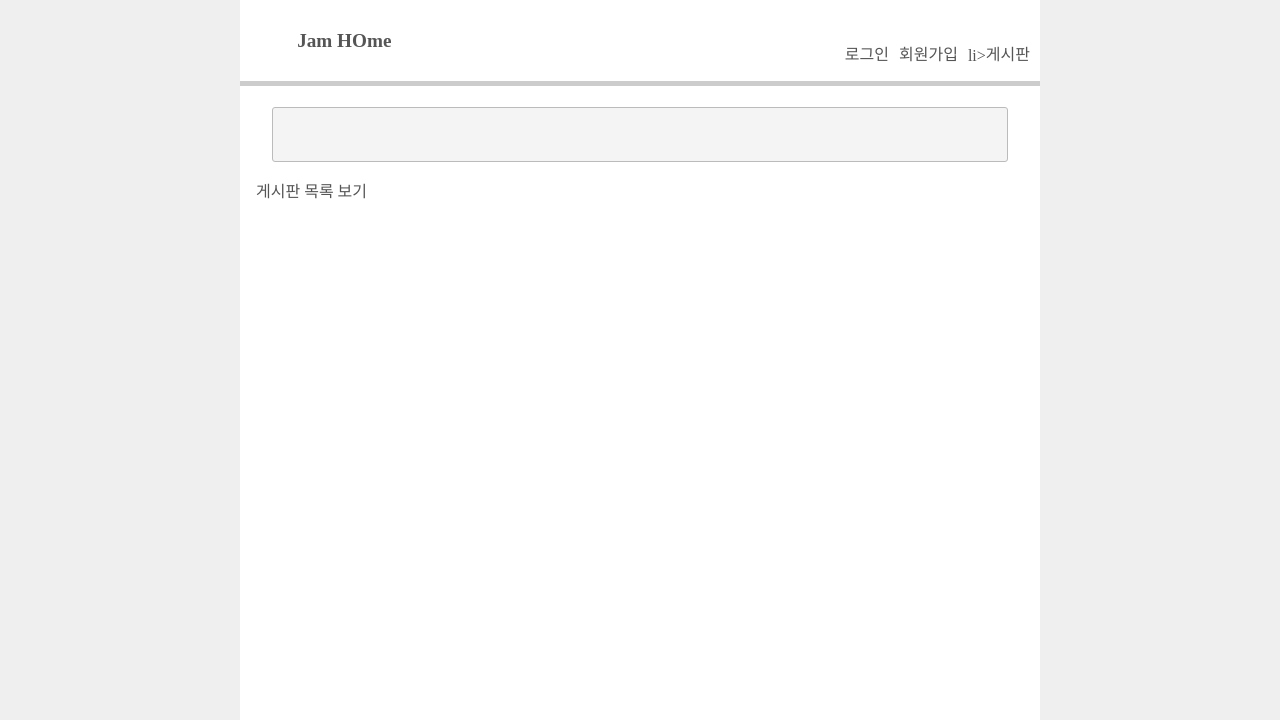
Repository: woals5636/JSPClass
Page: http://localhost/jspPro/days05/ex01.jsp
An editor plug-in stored every save of this project. The page is shown before and after the next save, followed by the edit.
The browser window is 1280 px wide. The pictures show the whole page.
Some web fonts or font styles are not loaded; a fallback is used. The page is served by Tomcat 9.

Above is the page before, as saved 2024-10-22 00:03:17.

After the next save:
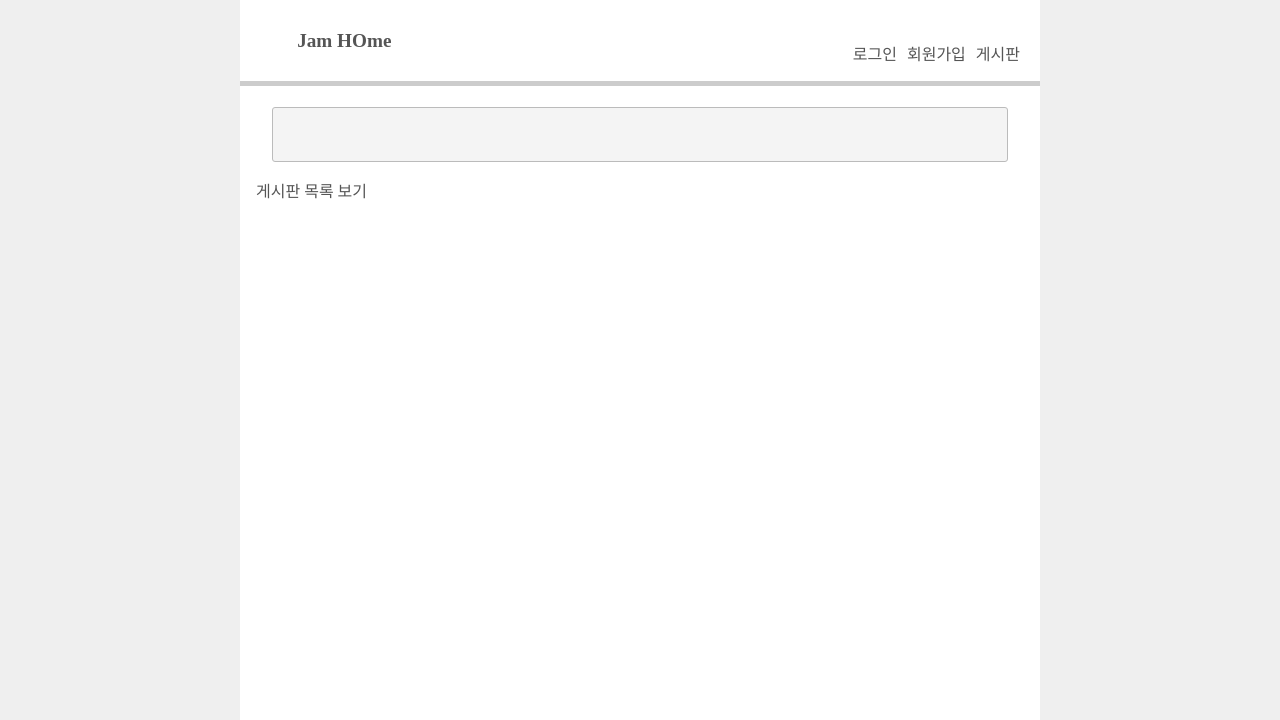
Saved 7 s later.
--- a/jspPro/src/main/webapp/days05/ex01.jsp
+++ b/jspPro/src/main/webapp/days05/ex01.jsp
@@ -23,7 +23,7 @@
   <ul>
     <li><a href="#">로그인</a></li>
     <li><a href="#">회원가입</a></li>
-    li><a href="/jspPro/cstvsboard/list.htm">게시판</a></li>
+    <li><a href="/jspPro/cstvsboard/list.htm">게시판</a></li>
   </ul>
 </header>
 <div>
